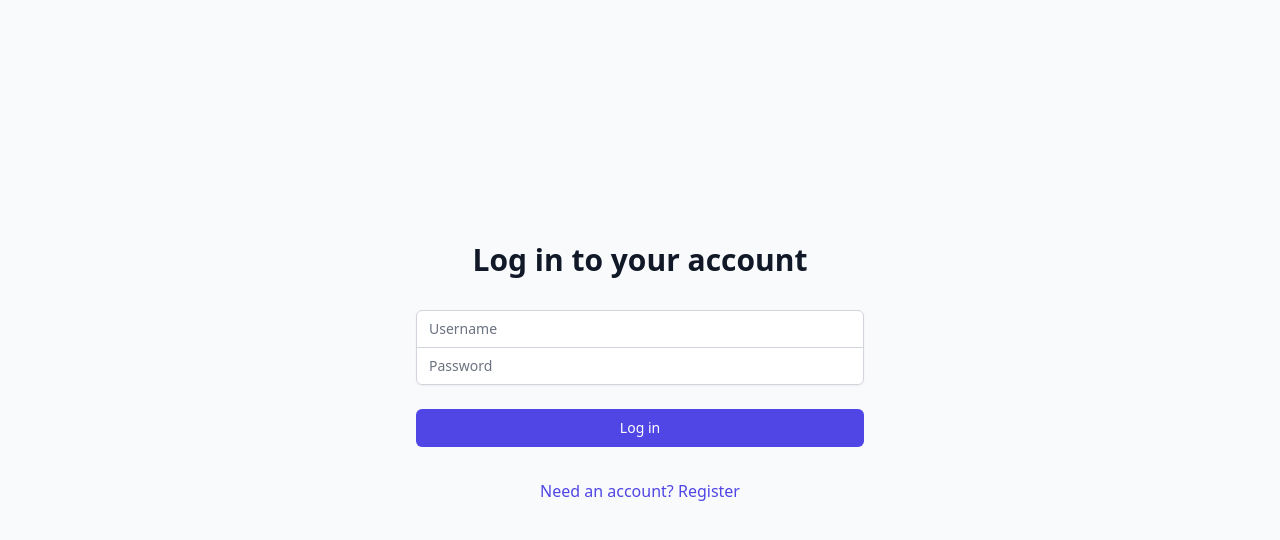
Repository: Mordecaied/Issac
Page: /dashboard (app in frontend/)
The author's editor kept a copy of each file at every save. The page is drawn from the files as they stood at one save, then again after the next save.
The browser window is 1280 px wide. The pictures show the whole page.
The project was rebuilt for these pictures with package versions that can differ from the ones it lists, and the page was loaded fresh each time. Also part of the build but not shown: frontend/src/hooks/useTimers.ts, frontend/src/context/AppContext.tsx, frontend/src/components/Layout.tsx, frontend/src/components/QuestionList.tsx, frontend/src/components/IssueList.tsx, frontend/src/components/TimerCard.tsx, frontend/src/components/Dashboard.tsx, frontend/src/components/TimeTracking.tsx and 4 more.

Above is the page before, as saved 2024-08-07 12:39:18.

### frontend/src/index.html
<!DOCTYPE html>
<html lang="en">
<head>
    <meta charset="UTF-8">
    <meta name="viewport" content="width=device-width, initial-scale=1.0">
    <title>Issac - Productivity App</title>
</head>
<body>
    <div id="root"></div>
</body>
</html>

### frontend/src/index.tsx
import React from 'react';
import { createRoot } from 'react-dom/client';
import './index.css';
import App from './App';

const container = document.getElementById('root');
const root = createRoot(container!);
root.render(
  <React.StrictMode>
    <App />
  </React.StrictMode>
);

### frontend/src/App.tsx
import React, { useState, useEffect } from 'react';
import { AppProvider } from './context/AppContext';
import Layout from './components/Layout';
import Dashboard from './components/Dashboard';
import TimeTracking from './components/TimeTracking';
import QuestionTracking from './components/QuestionTracking';
import IssueTracking from './components/IssueTracking';
import TimeSummary from './components/TimeSummary';
import AuthService from './services/AuthService';

const App: React.FC = () => {
  const [activeTab, setActiveTab] = useState('dashboard');
  const [isAuthenticated, setIsAuthenticated] = useState(false);
  const [isRegistering, setIsRegistering] = useState(false);
  const [username, setUsername] = useState('');
  const [email, setEmail] = useState('');
  const [password, setPassword] = useState('');
  const [error, setError] = useState('');

  useEffect(() => {
    const user = AuthService.getCurrentUser();
    if (user) {
      setIsAuthenticated(true);
    }
  }, []);

  const handleLogin = async (e: React.FormEvent) => {
    e.preventDefault();
    setError('');
    try {
      await AuthService.login(email, password);
      setIsAuthenticated(true);
    } catch (err) {
      setError(err instanceof Error ? err.message : 'An unexpected error occurred');
    }
  };

  const handleRegister = async (e: React.FormEvent) => {
    e.preventDefault();
    setError('');
    try {
      await AuthService.register(username, email, password);
      setIsAuthenticated(true);
    } catch (err) {
      setError(err instanceof Error ? err.message : 'An unexpected error occurred');
    }
  };

  const handleLogout = () => {
    AuthService.logout();
    setIsAuthenticated(false);
  };

  const renderContent = () => {
    switch (activeTab) {
      case 'dashboard':
        return <Dashboard />;
      case 'time':
        return <TimeTracking />;
      case 'questions':
        return <QuestionTracking />;
      case 'issues':
        return <IssueTracking />;
      case 'summary':
        return <TimeSummary />;
      default:
        return null;
    }
  };

  const renderAuthForm = () => {
    return (
      <div className="min-h-screen flex items-center justify-center bg-gray-50 py-12 px-4 sm:px-6 lg:px-8">
        <div className="max-w-md w-full space-y-8">
          <h2 className="mt-6 text-center text-3xl font-extrabold text-gray-900">
            {isRegistering ? 'Create an account' : 'Log in to your account'}
          </h2>
          <form className="mt-8 space-y-6" onSubmit={isRegistering ? handleRegister : handleLogin}>
            <input type="hidden" name="remember" value="true" />
            <div className="rounded-md shadow-sm -space-y-px">
              <div>
                <label htmlFor="username" className="sr-only">Username</label>
                <input
                  id="username"
                  name="username"
                  type="text"
                  required
                  className="appearance-none rounded-none relative block w-full px-3 py-2 border border-gray-300 placeholder-gray-500 text-gray-900 rounded-t-md focus:outline-none focus:ring-indigo-500 focus:border-indigo-500 focus:z-10 sm:text-sm"
                  placeholder="Username"
                  value={username}
                  onChange={(e) => setUsername(e.target.value)}
                />
              </div>
              {isRegistering && (
                <div>
                  <label htmlFor="email" className="sr-only">Email</label>
                  <input
                    id="email"
                    name="email"
                    type="email"
                    required
                    className="appearance-none rounded-none relative block w-full px-3 py-2 border border-gray-300 placeholder-gray-500 text-gray-900 focus:outline-none focus:ring-indigo-500 focus:border-indigo-500 focus:z-10 sm:text-sm"
                    placeholder="Email"
                    value={email}
                    onChange={(e) => setEmail(e.target.value)}
                  />
                </div>
              )}
              <div>
                <label htmlFor="password" className="sr-only">Password</label>
                <input
                  id="password"
                  name="password"
                  type="password"
                  required
                  className="appearance-none rounded-none relative block w-full px-3 py-2 border border-gray-300 placeholder-gray-500 text-gray-900 rounded-b-md focus:outline-none focus:ring-indigo-500 focus:border-indigo-500 focus:z-10 sm:text-sm"
                  placeholder="Password"
                  value={password}
                  onChange={(e) => setPassword(e.target.value)}
                />
              </div>
            </div>

            {error && <p className="mt-2 text-center text-sm text-red-600">{error}</p>}

            <div>
              <button
                type="submit"
                className="group relative w-full flex justify-center py-2 px-4 border border-transparent text-sm font-medium rounded-md text-white bg-indigo-600 hover:bg-indigo-700 focus:outline-none focus:ring-2 focus:ring-offset-2 focus:ring-indigo-500"
              >
                {isRegistering ? 'Register' : 'Log in'}
              </button>
            </div>
          </form>
          <div className="text-center">
            <button
              onClick={() => {
                setIsRegistering(!isRegistering);
                setError('');
              }}
              className="font-medium text-indigo-600 hover:text-indigo-500"
            >
              {isRegistering ? 'Already have an account? Log in' : 'Need an account? Register'}
            </button>
          </div>
        </div>
      </div>
    );
  };

  if (!isAuthenticated) {
    return renderAuthForm();
  }

  return (
    <AppProvider>
      <Layout>
        <div className="mb-6">
          <div className="flex space-x-4 mb-4">
            <button
              className={`px-4 py-2 rounded transition duration-150 ${activeTab === 'dashboard' ? 'bg-blue-500 text-white' : 'bg-gray-200 hover:bg-gray-300 active:bg-gray-400'}`}
              onClick={() => setActiveTab('dashboard')}
            >
              Dashboard
            </button>
            <button
              className={`px-4 py-2 rounded transition duration-150 ${activeTab === 'time' ? 'bg-blue-500 text-white' : 'bg-gray-200 hover:bg-gray-300 active:bg-gray-400'}`}
              onClick={() => setActiveTab('time')}
            >
              Time Tracking
            </button>
            <button
              className={`px-4 py-2 rounded transition duration-150 ${activeTab === 'questions' ? 'bg-blue-500 text-white' : 'bg-gray-200 hover:bg-gray-300 active:bg-gray-400'}`}
              onClick={() => setActiveTab('questions')}
            >
              Question Tracking
            </button>
            <button
              className={`px-4 py-2 rounded transition duration-150 ${activeTab === 'issues' ? 'bg-blue-500 text-white' : 'bg-gray-200 hover:bg-gray-300 active:bg-gray-400'}`}
              onClick={() => setActiveTab('issues')}
            >
              Issue Tracking
            </button>
            <button
              className={`px-4 py-2 rounded transition duration-150 ${activeTab === 'summary' ? 'bg-blue-500 text-white' : 'bg-gray-200 hover:bg-gray-300 active:bg-gray-400'}`}
              onClick={() => setActiveTab('summary')}
            >
              Time Summary
            </button>
            <button
              className="px-4 py-2 rounded transition duration-150 bg-red-500 text-white hover:bg-red-600 active:bg-red-700"
              onClick={handleLogout}
            >
              Logout
            </button>
          </div>
        </div>
        {renderContent()}
      </Layout>
    </AppProvider>
  );
};

export default App;

### frontend/src/components/AuthPage.tsx
import React, { useState } from 'react';
import LoginForm from './LoginForm';
import RegistrationForm from './RegistrationForm';
import { useAuth } from '../hooks/useAuth';

const AuthPage: React.FC = () => {
  const [isRegistering, setIsRegistering] = useState(false);
  const { login, register } = useAuth();

  const handleLoginSuccess = () => {
    // This will be handled by the useAuth hook
  };

  const handleRegistrationSuccess = () => {
    // This will be handled by the useAuth hook
  };

  return (
    <div className="min-h-screen flex items-center justify-center bg-gray-50 py-12 px-4 sm:px-6 lg:px-8">
      <div className="max-w-md w-full space-y-8">
        <h2 className="mt-6 text-center text-3xl font-extrabold text-gray-900">
          {isRegistering ? 'Create an account' : 'Log in to your account'}
        </h2>
        {isRegistering ? (
          <RegistrationForm onRegistrationSuccess={handleRegistrationSuccess} />
        ) : (
          <LoginForm onLoginSuccess={handleLoginSuccess} />
        )}
        <div className="text-center">
          <button
            onClick={() => setIsRegistering(!isRegistering)}
            className="font-medium text-indigo-600 hover:text-indigo-500"
          >
            {isRegistering ? 'Already have an account? Log in' : 'Need an account? Register'}
          </button>
        </div>
      </div>
    </div>
  );
};

export default AuthPage;

### frontend/src/components/LoginForm.tsx
import React, { useState } from 'react';
import AuthService from '../services/AuthService';

interface LoginFormProps {
  onLoginSuccess: () => void;
}

const LoginForm: React.FC<LoginFormProps> = ({ onLoginSuccess }) => {
  const [emailOrUsername, setEmailOrUsername] = useState('');
  const [password, setPassword] = useState('');
  const [error, setError] = useState('');

  const handleSubmit = async (e: React.FormEvent) => {
    e.preventDefault();
    try {
      await AuthService.login(emailOrUsername, password);
      onLoginSuccess();
    } catch (err) {
      setError('Failed to log in');
    }
  };

  return (
    <form onSubmit={handleSubmit}>
      <input
        type="text"
        value={emailOrUsername}
        onChange={(e) => setEmailOrUsername(e.target.value)}
        placeholder="Email or Username"
        required
      />
      <input
        type="password"
        value={password}
        onChange={(e) => setPassword(e.target.value)}
        placeholder="Password"
        required
      />
      {error && <p>{error}</p>}
      <button type="submit">Login</button>
    </form>
  );
};

export default LoginForm;

### frontend/src/hooks/useAuth.ts
import { useState, useEffect } from 'react';
import AuthService from '../services/AuthService';

export const useAuth = () => {
  const [isAuthenticated, setIsAuthenticated] = useState(false);
  const [error, setError] = useState('');

  useEffect(() => {
    const user = AuthService.getCurrentUser();
    if (user) {
      setIsAuthenticated(true);
    }
  }, []);

  const login = async (email: string, password: string) => {
    setError('');
    try {
      await AuthService.login(email, password);
      setIsAuthenticated(true);
    } catch (err) {
      setError(err instanceof Error ? err.message : 'An unexpected error occurred');
    }
  };

  const register = async (username: string, email: string, password: string) => {
    setError('');
    try {
      await AuthService.register(username, email, password);
      setIsAuthenticated(true);
    } catch (err) {
      setError(err instanceof Error ? err.message : 'An unexpected error occurred');
    }
  };

  const logout = () => {
    AuthService.logout();
    setIsAuthenticated(false);
  };

  return { isAuthenticated, error, login, register, logout };
};

Loaded but not shown: frontend/src/index.css (common file); frontend/tailwind.config.js (10 lines, source omitted); frontend/src/services/AuthService.ts (69 lines, source omitted)

After the next save:
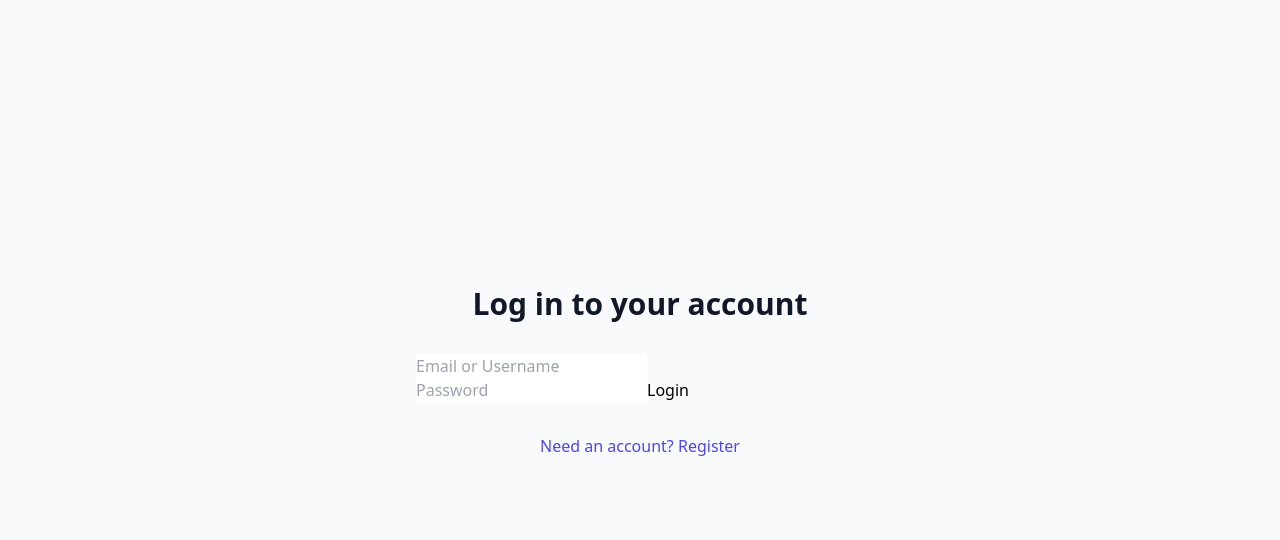
Saved 27 s later.
--- a/frontend/src/App.tsx
+++ b/frontend/src/App.tsx
@@ -1,4 +1,4 @@
-import React, { useState, useEffect } from 'react';
+import React, { useState } from 'react';
 import { AppProvider } from './context/AppContext';
 import Layout from './components/Layout';
 import Dashboard from './components/Dashboard';
@@ -6,50 +6,12 @@ import TimeTracking from './components/TimeTracking';
 import QuestionTracking from './components/QuestionTracking';
 import IssueTracking from './components/IssueTracking';
 import TimeSummary from './components/TimeSummary';
-import AuthService from './services/AuthService';
+import AuthPage from './components/AuthPage';
+import { useAuth } from './hooks/useAuth';
 
 const App: React.FC = () => {
   const [activeTab, setActiveTab] = useState('dashboard');
-  const [isAuthenticated, setIsAuthenticated] = useState(false);
-  const [isRegistering, setIsRegistering] = useState(false);
-  const [username, setUsername] = useState('');
-  const [email, setEmail] = useState('');
-  const [password, setPassword] = useState('');
-  const [error, setError] = useState('');
-
-  useEffect(() => {
-    const user = AuthService.getCurrentUser();
-    if (user) {
-      setIsAuthenticated(true);
-    }
-  }, []);
-
-  const handleLogin = async (e: React.FormEvent) => {
-    e.preventDefault();
-    setError('');
-    try {
-      await AuthService.login(email, password);
-      setIsAuthenticated(true);
-    } catch (err) {
-      setError(err instanceof Error ? err.message : 'An unexpected error occurred');
-    }
-  };
-
-  const handleRegister = async (e: React.FormEvent) => {
-    e.preventDefault();
-    setError('');
-    try {
-      await AuthService.register(username, email, password);
-      setIsAuthenticated(true);
-    } catch (err) {
-      setError(err instanceof Error ? err.message : 'An unexpected error occurred');
-    }
-  };
-
-  const handleLogout = () => {
-    AuthService.logout();
-    setIsAuthenticated(false);
-  };
+  const { isAuthenticated, logout } = useAuth();
 
   const renderContent = () => {
     switch (activeTab) {
@@ -68,88 +30,8 @@ const App: React.FC = () => {
     }
   };
 
-  const renderAuthForm = () => {
-    return (
-      <div className="min-h-screen flex items-center justify-center bg-gray-50 py-12 px-4 sm:px-6 lg:px-8">
-        <div className="max-w-md w-full space-y-8">
-          <h2 className="mt-6 text-center text-3xl font-extrabold text-gray-900">
-            {isRegistering ? 'Create an account' : 'Log in to your account'}
-          </h2>
-          <form className="mt-8 space-y-6" onSubmit={isRegistering ? handleRegister : handleLogin}>
-            <input type="hidden" name="remember" value="true" />
-            <div className="rounded-md shadow-sm -space-y-px">
-              <div>
-                <label htmlFor="username" className="sr-only">Username</label>
-                <input
-                  id="username"
-                  name="username"
-                  type="text"
-                  required
-                  className="appearance-none rounded-none relative block w-full px-3 py-2 border border-gray-300 placeholder-gray-500 text-gray-900 rounded-t-md focus:outline-none focus:ring-indigo-500 focus:border-indigo-500 focus:z-10 sm:text-sm"
-                  placeholder="Username"
-                  value={username}
-                  onChange={(e) => setUsername(e.target.value)}
-                />
-              </div>
-              {isRegistering && (
-                <div>
-                  <label htmlFor="email" className="sr-only">Email</label>
-                  <input
-                    id="email"
-                    name="email"
-                    type="email"
-                    required
-                    className="appearance-none rounded-none relative block w-full px-3 py-2 border border-gray-300 placeholder-gray-500 text-gray-900 focus:outline-none focus:ring-indigo-500 focus:border-indigo-500 focus:z-10 sm:text-sm"
-                    placeholder="Email"
-                    value={email}
-                    onChange={(e) => setEmail(e.target.value)}
-                  />
-                </div>
-              )}
-              <div>
-                <label htmlFor="password" className="sr-only">Password</label>
-                <input
-                  id="password"
-                  name="password"
-                  type="password"
-                  required
-                  className="appearance-none rounded-none relative block w-full px-3 py-2 border border-gray-300 placeholder-gray-500 text-gray-900 rounded-b-md focus:outline-none focus:ring-indigo-500 focus:border-indigo-500 focus:z-10 sm:text-sm"
-                  placeholder="Password"
-                  value={password}
-                  onChange={(e) => setPassword(e.target.value)}
-                />
-              </div>
-            </div>
-
-            {error && <p className="mt-2 text-center text-sm text-red-600">{error}</p>}
-
-            <div>
-              <button
-                type="submit"
-                className="group relative w-full flex justify-center py-2 px-4 border border-transparent text-sm font-medium rounded-md text-white bg-indigo-600 hover:bg-indigo-700 focus:outline-none focus:ring-2 focus:ring-offset-2 focus:ring-indigo-500"
-              >
-                {isRegistering ? 'Register' : 'Log in'}
-              </button>
-            </div>
-          </form>
-          <div className="text-center">
-            <button
-              onClick={() => {
-                setIsRegistering(!isRegistering);
-                setError('');
-              }}
-              className="font-medium text-indigo-600 hover:text-indigo-500"
-            >
-              {isRegistering ? 'Already have an account? Log in' : 'Need an account? Register'}
-            </button>
-          </div>
-        </div>
-      </div>
-    );
-  };
-
   if (!isAuthenticated) {
-    return renderAuthForm();
+    return <AuthPage />;
   }
 
   return (
@@ -189,7 +71,7 @@ const App: React.FC = () => {
             </button>
             <button
               className="px-4 py-2 rounded transition duration-150 bg-red-500 text-white hover:bg-red-600 active:bg-red-700"
-              onClick={handleLogout}
+              onClick={logout}
             >
               Logout
             </button>

After the 4 saves that followed:
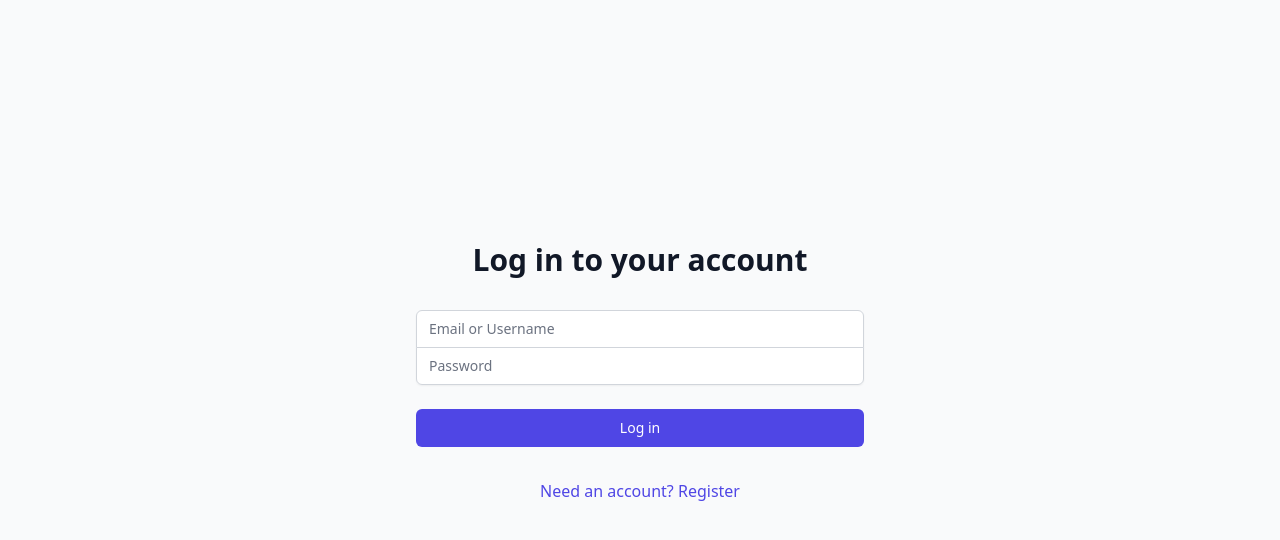
The 4 saves are shown as one change because 3 left the picture as it was.
The last was saved 8 min 31 s later.
--- a/frontend/src/components/AuthPage.tsx
+++ b/frontend/src/components/AuthPage.tsx
@@ -7,14 +7,6 @@ const AuthPage: React.FC = () => {
   const [isRegistering, setIsRegistering] = useState(false);
   const { login, register } = useAuth();
 
-  const handleLoginSuccess = () => {
-    // This will be handled by the useAuth hook
-  };
-
-  const handleRegistrationSuccess = () => {
-    // This will be handled by the useAuth hook
-  };
-
   return (
     <div className="min-h-screen flex items-center justify-center bg-gray-50 py-12 px-4 sm:px-6 lg:px-8">
       <div className="max-w-md w-full space-y-8">
@@ -22,9 +14,9 @@ const AuthPage: React.FC = () => {
           {isRegistering ? 'Create an account' : 'Log in to your account'}
         </h2>
         {isRegistering ? (
-          <RegistrationForm onRegistrationSuccess={handleRegistrationSuccess} />
+          <RegistrationForm onRegister={register} />
         ) : (
-          <LoginForm onLoginSuccess={handleLoginSuccess} />
+          <LoginForm onLogin={login} />
         )}
         <div className="text-center">
           <button
--- a/frontend/src/components/LoginForm.tsx
+++ b/frontend/src/components/LoginForm.tsx
@@ -1,11 +1,10 @@
 import React, { useState } from 'react';
-import AuthService from '../services/AuthService';
 
 interface LoginFormProps {
-  onLoginSuccess: () => void;
+  onLogin: (emailOrUsername: string, password: string) => Promise<void>;
 }
 
-const LoginForm: React.FC<LoginFormProps> = ({ onLoginSuccess }) => {
+const LoginForm: React.FC<LoginFormProps> = ({ onLogin }) => {
   const [emailOrUsername, setEmailOrUsername] = useState('');
   const [password, setPassword] = useState('');
   const [error, setError] = useState('');
@@ -13,31 +12,53 @@ const LoginForm: React.FC<LoginFormProps> = ({ onLoginSuccess }) => {
   const handleSubmit = async (e: React.FormEvent) => {
     e.preventDefault();
     try {
-      await AuthService.login(emailOrUsername, password);
-      onLoginSuccess();
+      await onLogin(emailOrUsername, password);
     } catch (err) {
       setError('Failed to log in');
     }
   };
 
   return (
-    <form onSubmit={handleSubmit}>
-      <input
-        type="text"
-        value={emailOrUsername}
-        onChange={(e) => setEmailOrUsername(e.target.value)}
-        placeholder="Email or Username"
-        required
-      />
-      <input
-        type="password"
-        value={password}
-        onChange={(e) => setPassword(e.target.value)}
-        placeholder="Password"
-        required
-      />
-      {error && <p>{error}</p>}
-      <button type="submit">Login</button>
+    <form className="mt-8 space-y-6" onSubmit={handleSubmit}>
+      <div className="rounded-md shadow-sm -space-y-px">
+        <div>
+          <label htmlFor="email-or-username" className="sr-only">Email or Username</label>
+          <input
+            id="email-or-username"
+            name="emailOrUsername"
+            type="text"
+            required
+            className="appearance-none rounded-none relative block w-full px-3 py-2 border border-gray-300 placeholder-gray-500 text-gray-900 rounded-t-md focus:outline-none focus:ring-indigo-500 focus:border-indigo-500 focus:z-10 sm:text-sm"
+            placeholder="Email or Username"
+            value={emailOrUsername}
+            onChange={(e) => setEmailOrUsername(e.target.value)}
+          />
+        </div>
+        <div>
+          <label htmlFor="password" className="sr-only">Password</label>
+          <input
+            id="password"
+            name="password"
+            type="password"
+            required
+            className="appearance-none rounded-none relative block w-full px-3 py-2 border border-gray-300 placeholder-gray-500 text-gray-900 rounded-b-md focus:outline-none focus:ring-indigo-500 focus:border-indigo-500 focus:z-10 sm:text-sm"
+            placeholder="Password"
+            value={password}
+            onChange={(e) => setPassword(e.target.value)}
+          />
+        </div>
+      </div>
+
+      {error && <p className="mt-2 text-center text-sm text-red-600">{error}</p>}
+
+      <div>
+        <button
+          type="submit"
+          className="group relative w-full flex justify-center py-2 px-4 border border-transparent text-sm font-medium rounded-md text-white bg-indigo-600 hover:bg-indigo-700 focus:outline-none focus:ring-2 focus:ring-offset-2 focus:ring-indigo-500"
+        >
+          Log in
+        </button>
+      </div>
     </form>
   );
 };
